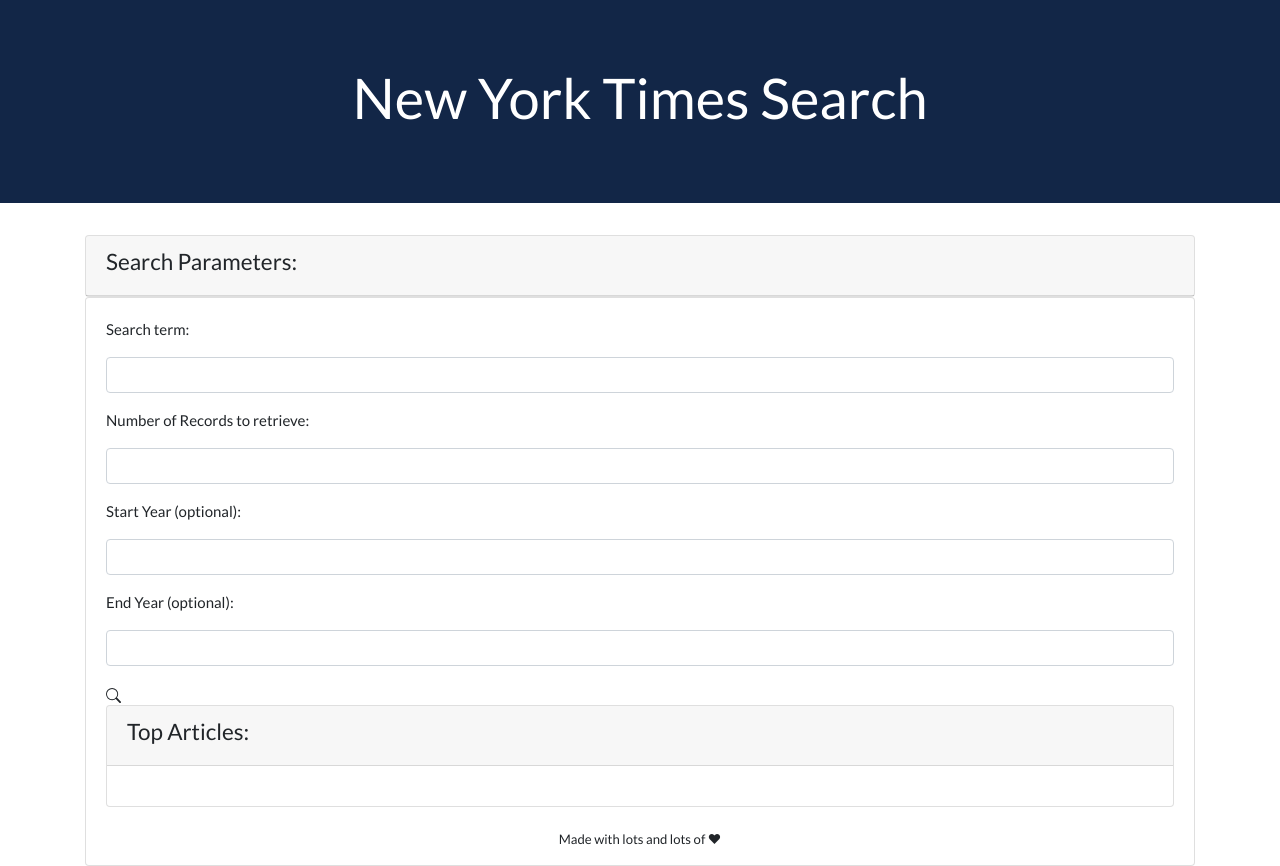
Repository: broganneagle/NYTSearch
Page: index.html
The author's editor kept a copy of each file at every save. The page is drawn from the files as they stood at one save, then again after the next save.
The browser window is 1280 px wide. The pictures show the whole page.
The page's requests for data from a server got no answer. Some web libraries are served in a nearby version.

Above is the page before, as saved 2020-06-26 14:38:39.

### index.html
<!DOCTYPE html>
<html lang="en">

<head>
    <meta charset="UTF-8">
    <meta name="viewport" content="width=device-width, initial-scale=1.0">
    <title>NYT Search</title>
    <link rel="stylesheet" href="https://stackpath.bootstrapcdn.com/bootstrap/4.3.1/css/bootstrap.min.css" />
    <link href="https://stackpath.bootstrapcdn.com/bootswatch/4.5.0/flatly/bootstrap.min.css" rel="stylesheet"
        integrity="sha384-mhpbKVUOPCSocLzx2ElRISIORFRwr1ZbO9bAlowgM5kO7hnpRBe+brVj8NNPUiFs" crossorigin="anonymous">
    <link rel="stylesheet" href="https://cdnjs.cloudflare.com/ajax/libs/font-awesome/4.7.0/css/font-awesome.min.css">

   <style>
        .jumbotron {
            text-align: center;
            background-color: rgb(18, 38, 71);
            color: white;
        }

        footer {
            text-align: center;
        }
    </style>

</head>

<body>
    <div class="jumbotron jumbotron-fluid">
        <div class="container">
          <h1 class="display-4"> <i class="fas fa-newspaper"></i>New York Times Search</h1>
        </div>
      </div>

    <div class=container>
        <div class="card">
            <div class="card-header">
                <h4>Search Parameters:</h4>
            </div>
        </div>
        <div class="card">
            <div class="card-body">
                <p> Search term:</p>
                <div class="input-group mb-3">
                    <input type="text" class="form-control" id="#search"
                        aria-label="Recipient's username" aria-describedby="button-addon2">
                </div>
                <p>Number of Records to retrieve:</p>
                <div class="input-group mb-3">
                    <input type="text" class="form-control" id="#record"
                        aria-label="Recipient's username" aria-describedby="button-addon2">
                </div>
                <p>Start Year (optional):</p>
                <div class="input-group mb-3">
                    <input type="text" class="form-control" id="#startYear"
                        aria-label="Recipient's username" aria-describedby="button-addon2">
                </div>
                <p>End Year (optional):</p>
                <div class="input-group mb-3">
                    <input type="text" class="form-control" id="#endYear"
                        aria-label="Recipient's username" aria-describedby="button-addon2">
                </div>
                <svg class="bi bi-search" width="1em" height="1em" viewBox="0 0 16 16" fill="currentColor" xmlns="http://www.w3.org/2000/svg">
                    <path fill-rule="evenodd" d="M10.442 10.442a1 1 0 0 1 1.415 0l3.85 3.85a1 1 0 0 1-1.414 1.415l-3.85-3.85a1 1 0 0 1 0-1.415z"/>
                    <path fill-rule="evenodd" d="M6.5 12a5.5 5.5 0 1 0 0-11 5.5 5.5 0 0 0 0 11zM13 6.5a6.5 6.5 0 1 1-13 0 6.5 6.5 0 0 1 13 0z"/>
                  </svg>
                <div class="card">
                    <div class="card-header">
                        <h4>Top Articles:</h4>
                    </div>
                    <div class="card-body">
                    </div>
                </div>
            </div>
    <script src="https://cdnjs.cloudflare.com/ajax/libs/jquery/3.2.1/jquery.min.js"></script>
    <script src="./script.js"></script>
</body>
<footer>
    <p><small>Made with lots and lots of &hearts;</small></p>
</footer>
</html>

### script.js
var apiKey = "nwp9hOhAs71BmaQWzGvIPQtygSo8JJtH";
var search = "";
var queryURL = "https://api.nytimes.com/svc/search/v2/articlesearch.json?" + search + "&api-key=" + apiKey;


$.ajax({
    url: queryURL,
    method: "GET"
}).then(function(response) {
    var articles = (response.response.docs);
    console.log(response);
    console.log(articles);

    console.log(articles[0].headline.main);
    console.log(articles[0].abstract);

});

After the next save:
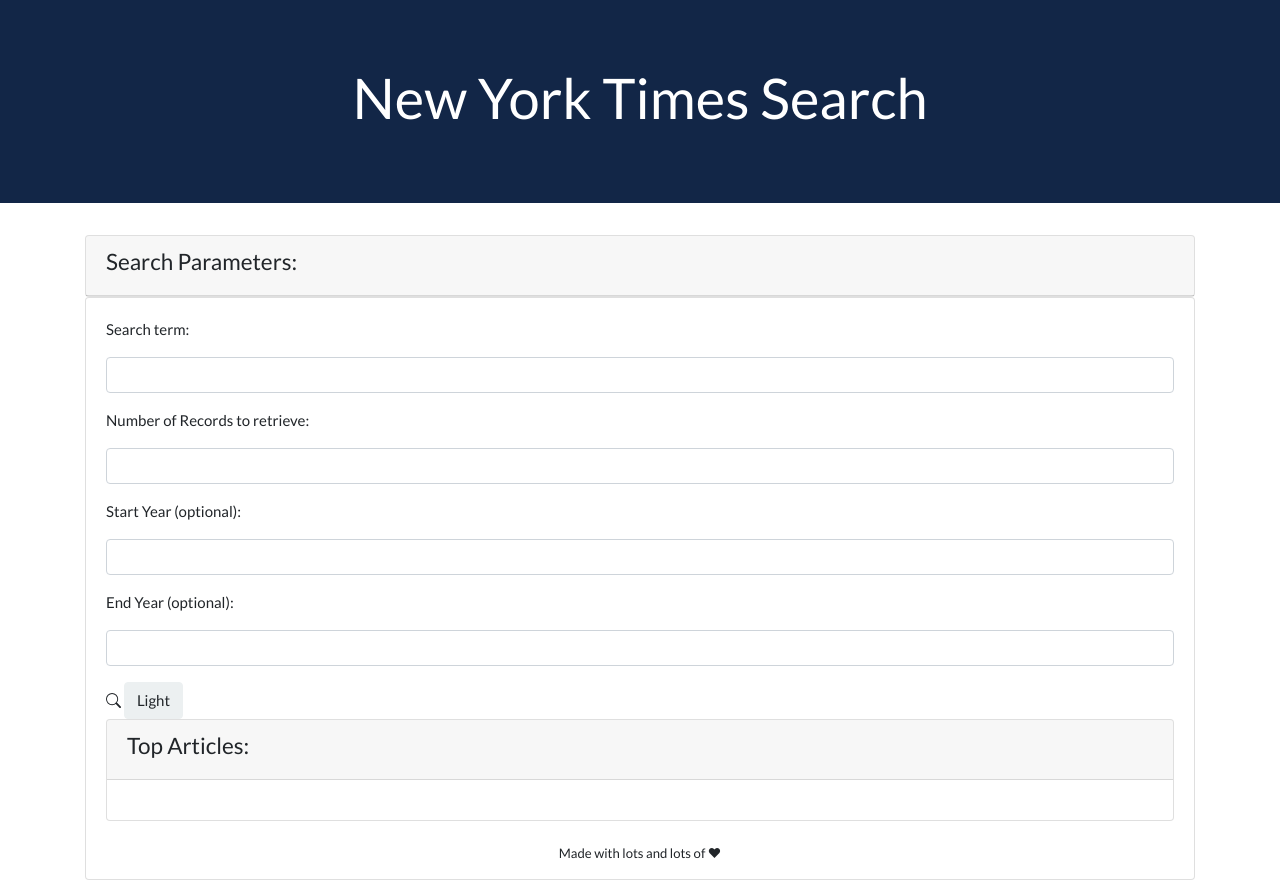
Saved 115 s later.
--- a/index.html
+++ b/index.html
@@ -59,10 +59,13 @@
                     <input type="text" class="form-control" id="#endYear"
                         aria-label="Recipient's username" aria-describedby="button-addon2">
                 </div>
+                <div>
                 <svg class="bi bi-search" width="1em" height="1em" viewBox="0 0 16 16" fill="currentColor" xmlns="http://www.w3.org/2000/svg">
                     <path fill-rule="evenodd" d="M10.442 10.442a1 1 0 0 1 1.415 0l3.85 3.85a1 1 0 0 1-1.414 1.415l-3.85-3.85a1 1 0 0 1 0-1.415z"/>
                     <path fill-rule="evenodd" d="M6.5 12a5.5 5.5 0 1 0 0-11 5.5 5.5 0 0 0 0 11zM13 6.5a6.5 6.5 0 1 1-13 0 6.5 6.5 0 0 1 13 0z"/>
                   </svg>
+                  <button type="button" class="btn btn-light">Light</button>
+                </div>
                 <div class="card">
                     <div class="card-header">
                         <h4>Top Articles:</h4>
